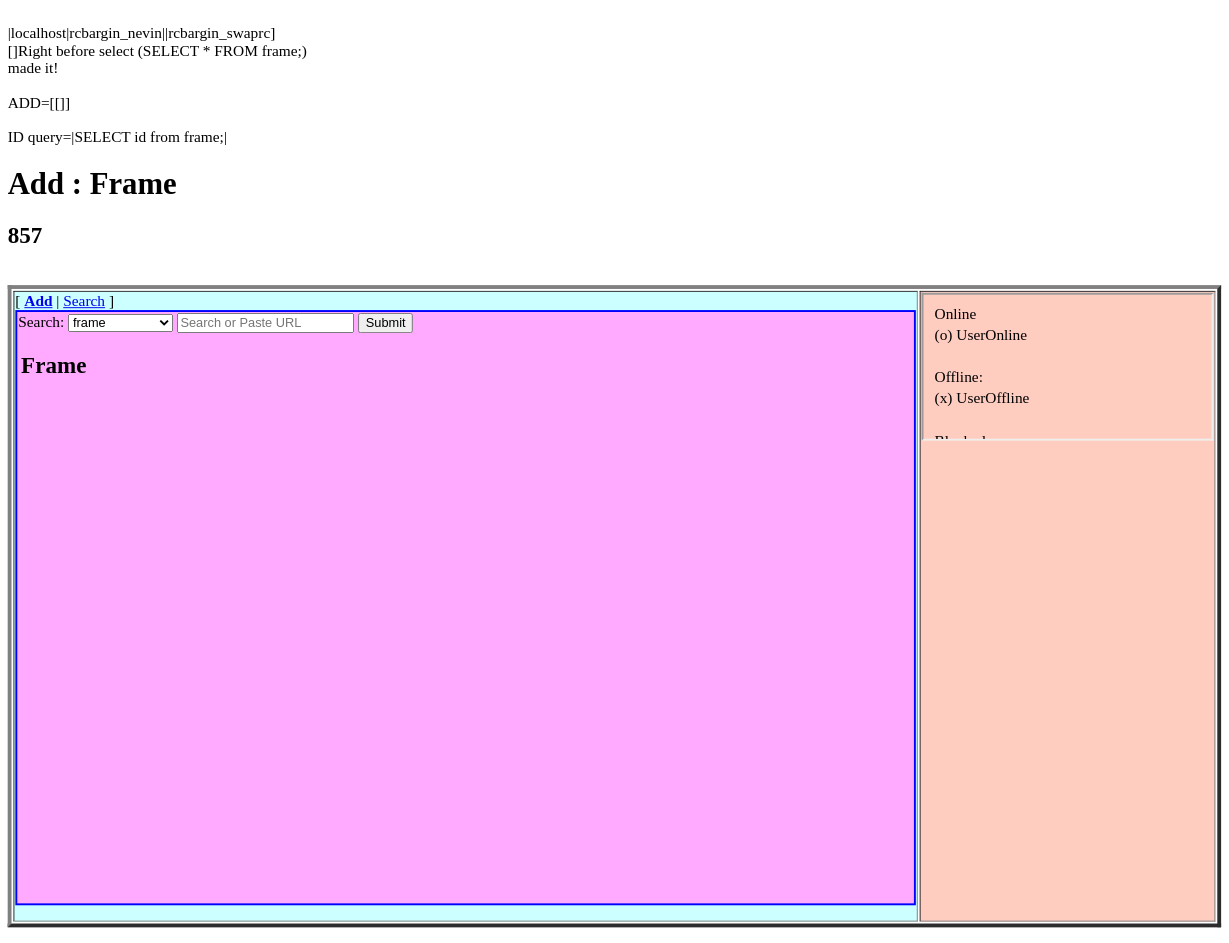
Repository: nevinleiby/SwapRC
Page: http://localhost/add_interface_old.php
An editor plug-in stored every save of this project. The page is shown before and after the next save, followed by the edit.
The browser window is 1280 px wide. The pictures show the whole page, at 96% of full size.
The page is run by PHP 8.4 with error messages shown; the project is at /var/www/html/. Queries for data that is not in the repository find no rows.

Above is the page before, as saved 2019-09-10 21:18:38.
Console error (its wording comes from the project's code and is left out).

After the next save:
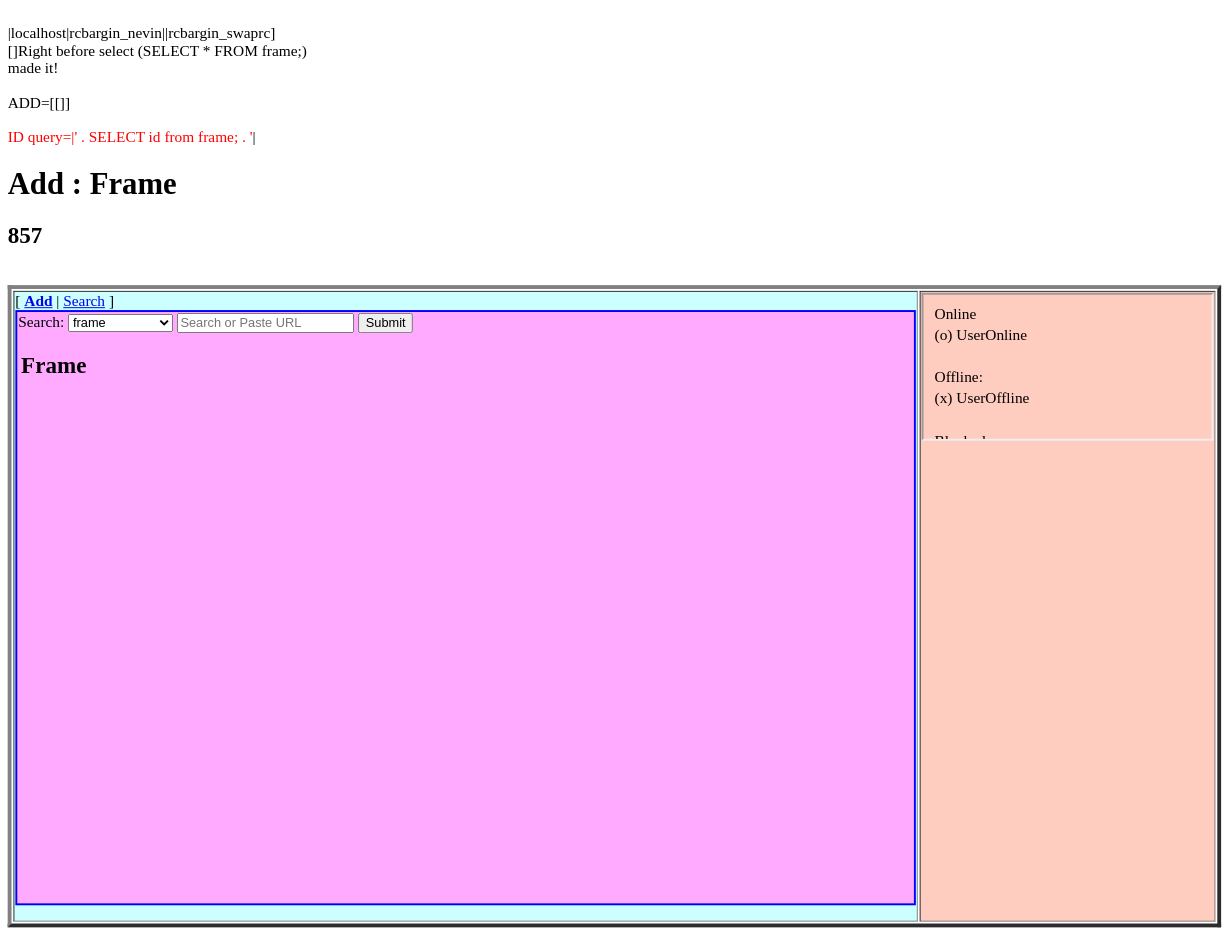
Saved 117 s later.
--- a/add_interface_old.php
+++ b/add_interface_old.php
@@ -292,7 +292,7 @@
 
 
     $id_query = "SELECT id from $table_name;";
-    echo "<br>ID query=|$id_query|<br>";
+    echo "<br><font color=red>ID query=|' . $id_query . '</font>|<br>";
     $display_result = $connection->query($id_query);
     if ( ! $display_result) die ("Fatal Error");
 
